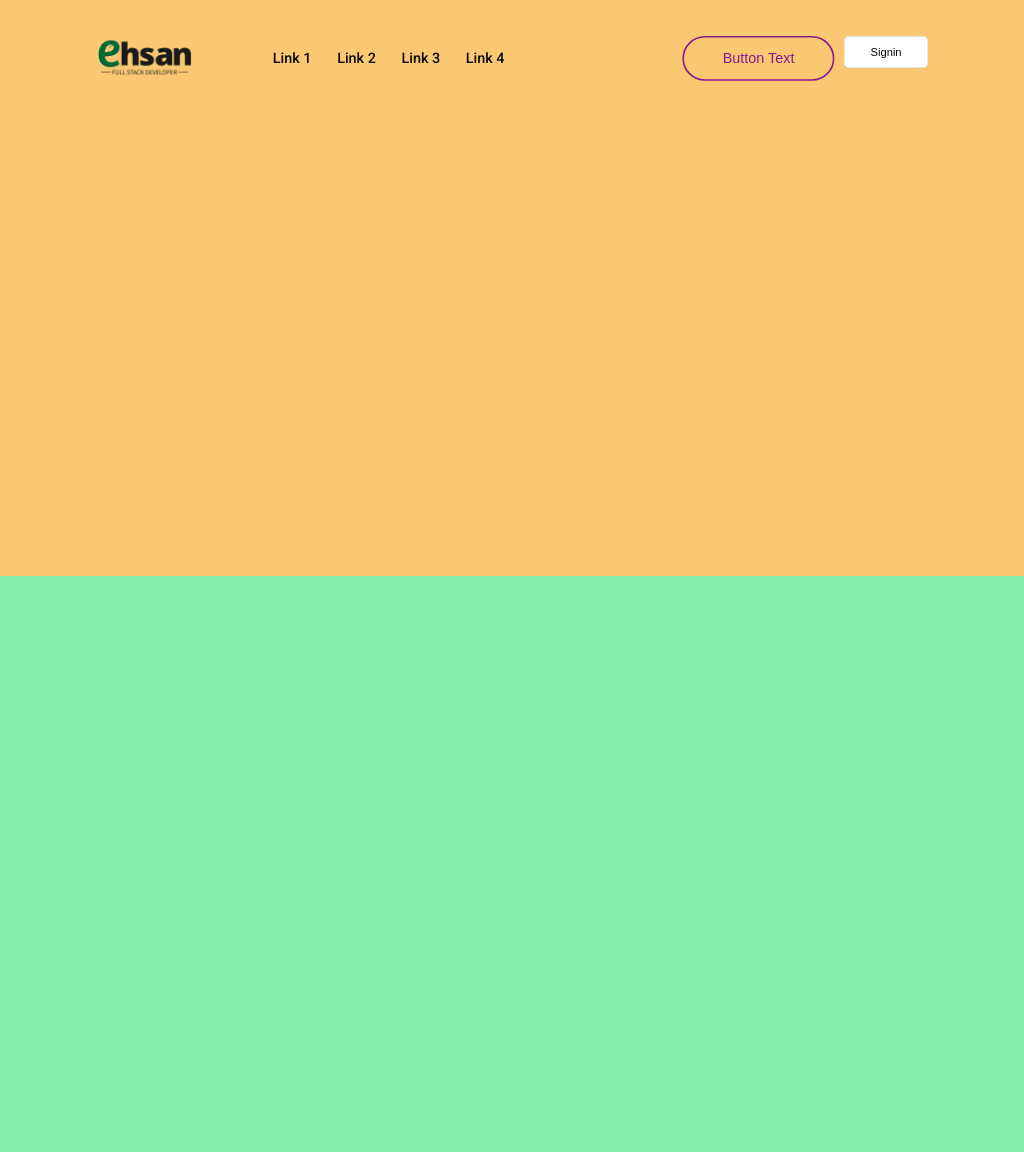
Repository: FrontendProjectsNL/mijn-portfolio-project
Page: /exercise
The author's editor kept a copy of each file at every save. The page is drawn from the files as they stood at one save, then again after a run of saves.
The browser window is 1280 px wide. The pictures show the whole page, at 80% of full size.
The project was rebuilt for these pictures with package versions that can differ from the ones it lists, and the page was loaded fresh each time. The framework's server and built-in components were replaced by stand-ins that run in the browser. Also part of the build but not shown: next.config.mjs.

Above is the page before, as saved 2024-10-25 12:57:33.

### app/layout.tsx
import type { Metadata } from 'next';
import localFont from 'next/font/local';

import { Roboto, Fira_Code, HelveticaNowDisplay } from 'next/font/google';

import './globals.css';

const geistSans = localFont({
  src: './fonts/GeistVF.woff',
  variable: '--font-geist-sans',
  weight: '100 900',
});
const geistMono = localFont({
  src: './fonts/GeistMonoVF.woff',
  variable: '--font-geist-mono',
  weight: '100 900',
});

const roboto = Roboto({
  subsets: ['latin'],
  weight: ['300', '400', '500', '700'],
  variable: '--font-roboto',
});

const firaCode = Fira_Code({
  subsets: ['latin'],
  weight: ['300', '400', '500', '700'],
  variable: '--font-fira-code',
});

export const metadata: Metadata = {
  title: 'Create Next App',
  description: 'Generated by create next app',
};

export default function RootLayout({
  children,
}: Readonly<{
  children: React.ReactNode;
}>) {
  return (
    <html lang="en">
      <body
        className={`${roboto.variable} ${firaCode.variable} ${geistSans.variable} ${geistMono.variable} antialiased`}
      >
        {children}
      </body>
    </html>
  );
}

### app/exercise/page.tsx
'use client';

import Image from 'next/image';
import Link from 'next/link';
import { useEffect, useState } from 'react';
import logo from '/public/EhsanLogo-transparent.png';
import { Button } from '@/components/ui/button';

interface PageProps {}

const Page: React.FC<PageProps> = () => {
  const [isShrunk, setIsShrunk] = useState<boolean>(false);

  useEffect(() => {
    const handleScroll = () => {
      if (window.scrollY > 70) {
        setIsShrunk(true);
      } else {
        setIsShrunk(false);
      }
    };

    window.addEventListener('scroll', handleScroll);

    return () => {
      window.removeEventListener('scroll', handleScroll);
    };
  }, []);

  return (
    // <div className="max-w-8xl w-full font-roboto mx-auto">
    <div className="">
      <nav
        className={`px-14 fixed transition-all duration-300 ease-linear bg-[#FAC872] flex justify-between items-center ${
          isShrunk
            ? 'h-[75px] w-[60%] rounded-3xl mx-auto top-5'
            : 'h-[90px] w-[90%] opacity-100 top-7'
        }`}
        style={{
          left: '50%',
          transform: 'translateX(-50%)', // Center horizontally
        }}
      >
        <div className="flex items-center ">
          <Link href={'/'} className="font-medium text-lg mr-20">
            <Image src={logo} width={125} height={50} />
          </Link>
          <ul className="flex">
            <li>
              <Link
                href=""
                className="px-4 py-2 cursor text-lg font-medium font-roboto"
              >
                Link 1
              </Link>
            </li>
            <li>
              <Link
                href=""
                className="px-4 py-2 cursor text-lg font-medium font-roboto"
              >
                Link 2
              </Link>
            </li>
            <li>
              <Link
                href=""
                className="px-4 py-2 cursor text-lg font-medium font-roboto"
              >
                Link 3
              </Link>
            </li>
            <li>
              <Link
                href=""
                className="px-4 py-2 cursor text-lg font-medium font-roboto"
              >
                Link 4
              </Link>
            </li>
          </ul>
        </div>
        <div className="flex gap-3">
          <button class="group relative inline-flex items-center overflow-hidden rounded-full border-2 border-fuchsia-800 px-12 py-3 text-lg font-medium text-fuchsia-800 hover:bg-gray-50 hover:text-white">
            <span class="duration-400 ease absolute left-0 top-1/2 block h-0 w-full bg-fuchsia-800 opacity-100 transition-all group-hover:top-0 group-hover:h-full"></span>
            <span class="ease absolute right-0 flex h-10 w-10 translate-x-full transform items-center justify-start duration-500 group-hover:-translate-x-2">
              <svg
                class="h-5 w-5"
                fill="none"
                stroke="currentColor"
                viewBox="0 0 24 24"
                xmlns="http://www.w3.org/2000/svg"
              >
                <path
                  stroke-linecap="round"
                  stroke-linejoin="round"
                  stroke-width="2"
                  d="M14 5l7 7m0 0l-7 7m7-7H3"
                ></path>
              </svg>
            </span>
            <span class="relative transform duration-700 group-hover:-translate-x-3">
              Button Text
            </span>
          </button>

          <Button size={'lg'} variant={'outline'}>
            Signin
          </Button>
        </div>
      </nav>

      <section className="w-full h-screen bg-[#FAC872]"></section>
      <section className="w-full h-screen bg-green-300"></section>
    </div>
  );
};

export default Page;

### app/globals.css
@tailwind base;
@tailwind components;
@tailwind utilities;

body {
  font-family: Arial, Helvetica, sans-serif;
}

@layer utilities {
  .text-balance {
    text-wrap: balance;
  }
}

@layer base {
  :root {
    --background: 0 0% 100%;
    --foreground: 0 0% 3.9%;
    --card: 0 0% 100%;
    --card-foreground: 0 0% 3.9%;
    --popover: 0 0% 100%;
    --popover-foreground: 0 0% 3.9%;
    --primary: 0 0% 9%;
    --primary-foreground: 0 0% 98%;
    --secondary: 0 0% 96.1%;
    --secondary-foreground: 0 0% 9%;
    --muted: 0 0% 96.1%;
    --muted-foreground: 0 0% 45.1%;
    --accent: 0 0% 96.1%;
    --accent-foreground: 0 0% 9%;
    --destructive: 0 84.2% 60.2%;
    --destructive-foreground: 0 0% 98%;
    --border: 0 0% 89.8%;
    --input: 0 0% 89.8%;
    --ring: 0 0% 3.9%;
    --chart-1: 12 76% 61%;
    --chart-2: 173 58% 39%;
    --chart-3: 197 37% 24%;
    --chart-4: 43 74% 66%;
    --chart-5: 27 87% 67%;
    --radius: 0.5rem;
  }
  .dark {
    --background: 0 0% 3.9%;
    --foreground: 0 0% 98%;
    --card: 0 0% 3.9%;
    --card-foreground: 0 0% 98%;
    --popover: 0 0% 3.9%;
    --popover-foreground: 0 0% 98%;
    --primary: 0 0% 98%;
    --primary-foreground: 0 0% 9%;
    --secondary: 0 0% 14.9%;
    --secondary-foreground: 0 0% 98%;
    --muted: 0 0% 14.9%;
    --muted-foreground: 0 0% 63.9%;
    --accent: 0 0% 14.9%;
    --accent-foreground: 0 0% 98%;
    --destructive: 0 62.8% 30.6%;
    --destructive-foreground: 0 0% 98%;
    --border: 0 0% 14.9%;
    --input: 0 0% 14.9%;
    --ring: 0 0% 83.1%;
    --chart-1: 220 70% 50%;
    --chart-2: 160 60% 45%;
    --chart-3: 30 80% 55%;
    --chart-4: 280 65% 60%;
    --chart-5: 340 75% 55%;
  }
}

@layer base {
  * {
    @apply border-border;
  }
  body {
    @apply bg-background text-foreground;
  }
}

@keyframes fill-up {
  0% {
    background-position: 0 100%;
  }
  100% {
    background-position: 0 0;
  }
}

### components/ui/button.tsx
import * as React from "react"
import { Slot } from "@radix-ui/react-slot"
import { cva, type VariantProps } from "class-variance-authority"

import { cn } from "@/lib/utils"

const buttonVariants = cva(
  "inline-flex items-center justify-center gap-2 whitespace-nowrap rounded-md text-sm font-medium transition-colors focus-visible:outline-none focus-visible:ring-1 focus-visible:ring-ring disabled:pointer-events-none disabled:opacity-50 [&_svg]:pointer-events-none [&_svg]:size-4 [&_svg]:shrink-0",
  {
    variants: {
      variant: {
        default:
          "bg-primary text-primary-foreground shadow hover:bg-primary/90",
        destructive:
          "bg-destructive text-destructive-foreground shadow-sm hover:bg-destructive/90",
        outline:
          "border border-input bg-background shadow-sm hover:bg-accent hover:text-accent-foreground",
        secondary:
          "bg-secondary text-secondary-foreground shadow-sm hover:bg-secondary/80",
        ghost: "hover:bg-accent hover:text-accent-foreground",
        link: "text-primary underline-offset-4 hover:underline",
      },
      size: {
        default: "h-9 px-4 py-2",
        sm: "h-8 rounded-md px-3 text-xs",
        lg: "h-10 rounded-md px-8",
        icon: "h-9 w-9",
      },
    },
    defaultVariants: {
      variant: "default",
      size: "default",
    },
  }
)

export interface ButtonProps
  extends React.ButtonHTMLAttributes<HTMLButtonElement>,
    VariantProps<typeof buttonVariants> {
  asChild?: boolean
}

const Button = React.forwardRef<HTMLButtonElement, ButtonProps>(
  ({ className, variant, size, asChild = false, ...props }, ref) => {
    const Comp = asChild ? Slot : "button"
    return (
      <Comp
        className={cn(buttonVariants({ variant, size, className }))}
        ref={ref}
        {...props}
      />
    )
  }
)
Button.displayName = "Button"

export { Button, buttonVariants }

### tailwind.config.ts
import { Roboto } from 'next/font/google';
import type { Config } from 'tailwindcss';

const config: Config = {
  darkMode: ['class'],
  content: [
    './pages/**/*.{js,ts,jsx,tsx,mdx}',
    './components/**/*.{js,ts,jsx,tsx,mdx}',
    './app/**/*.{js,ts,jsx,tsx,mdx}',
  ],

  theme: {
    extend: {
      // You can define custom animations here
      // keyframes: {
      //   slideKeyframe: {
      //     '0%': { transform: 'translateX(0)' },
      //     '100%': { transform: 'translateX(100%)' },
      //   },
      // },
      // animation: {
      //   slideAnimation: 'slideKeyframe 0.5s ease-in-out',
      // },
      fontFamily: {
        roboto: ['var(--font-roboto)', 'sans-serif'],
        firaCode: ['var(--font-fira-code)', 'monospace'],
      },
      colors: {
        background: 'hsl(var(--background))',
        foreground: 'hsl(var(--foreground))',
        card: {
          DEFAULT: 'hsl(var(--card))',
          foreground: 'hsl(var(--card-foreground))',
        },
        popover: {
          DEFAULT: 'hsl(var(--popover))',
          foreground: 'hsl(var(--popover-foreground))',
        },
        primary: {
          DEFAULT: 'hsl(var(--primary))',
          foreground: 'hsl(var(--primary-foreground))',
        },
        secondary: {
          DEFAULT: 'hsl(var(--secondary))',
          foreground: 'hsl(var(--secondary-foreground))',
        },
        muted: {
          DEFAULT: 'hsl(var(--muted))',
          foreground: 'hsl(var(--muted-foreground))',
        },
        accent: {
          DEFAULT: 'hsl(var(--accent))',
          foreground: 'hsl(var(--accent-foreground))',
        },
        destructive: {
          DEFAULT: 'hsl(var(--destructive))',
          foreground: 'hsl(var(--destructive-foreground))',
        },
        border: 'hsl(var(--border))',
        input: 'hsl(var(--input))',
        ring: 'hsl(var(--ring))',
        chart: {
          '1': 'hsl(var(--chart-1))',
          '2': 'hsl(var(--chart-2))',
          '3': 'hsl(var(--chart-3))',
          '4': 'hsl(var(--chart-4))',
          '5': 'hsl(var(--chart-5))',
        },
      },
      borderRadius: {
        lg: 'var(--radius)',
        md: 'calc(var(--radius) - 2px)',
        sm: 'calc(var(--radius) - 4px)',
      },
    },
  },
  plugins: [require('tailwindcss-animate')],
};
export default config;

Loaded but not shown: lib/utils.ts (common file)

After the next 2 saves:
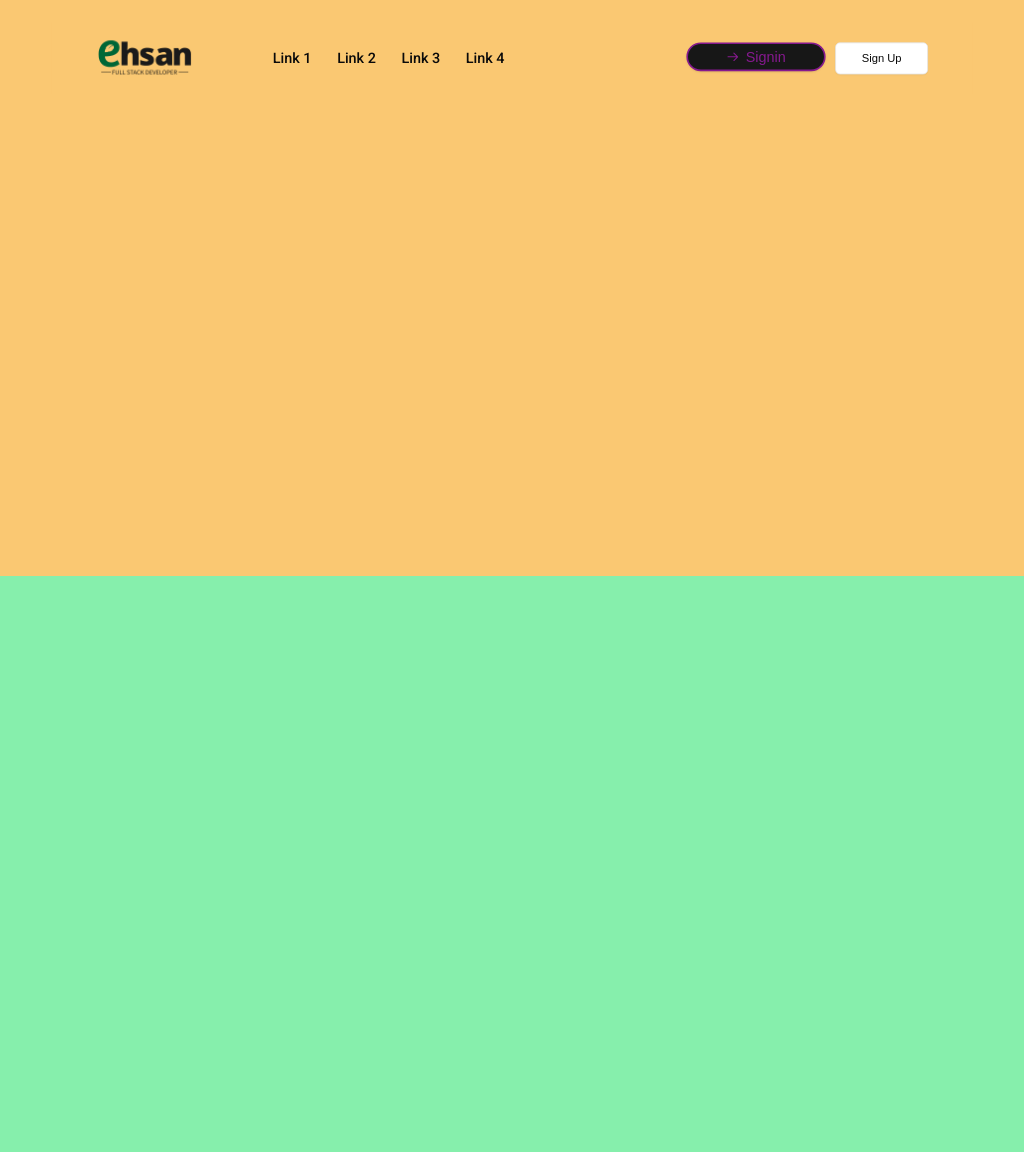
The 2 saves are shown as one change because they came seconds apart.
The last was saved 78 s later.
--- a/app/exercise/page.tsx
+++ b/app/exercise/page.tsx
@@ -81,11 +81,11 @@ const Page: React.FC<PageProps> = () => {
           </ul>
         </div>
         <div className="flex gap-3">
-          <button class="group relative inline-flex items-center overflow-hidden rounded-full border-2 border-fuchsia-800 px-12 py-3 text-lg font-medium text-fuchsia-800 hover:bg-gray-50 hover:text-white">
-            <span class="duration-400 ease absolute left-0 top-1/2 block h-0 w-full bg-fuchsia-800 opacity-100 transition-all group-hover:top-0 group-hover:h-full"></span>
-            <span class="ease absolute right-0 flex h-10 w-10 translate-x-full transform items-center justify-start duration-500 group-hover:-translate-x-2">
+          <Button className="group relative inline-flex items-center overflow-hidden rounded-full border-2 border-fuchsia-800 px-12 py-3 text-lg font-medium text-fuchsia-800 hover:bg-gray-50 hover:text-white">
+            <span className="duration-400 ease absolute left-0 top-1/2 block h-0 w-full bg-fuchsia-800 opacity-100 transition-all group-hover:top-0 group-hover:h-full"></span>
+            <span classname="ease absolute right-0 flex h-10 w-10 translate-x-full transform items-center justify-start duration-500 group-hover:-translate-x-2">
               <svg
-                class="h-5 w-5"
+                className="h-5 w-5"
                 fill="none"
                 stroke="currentColor"
                 viewBox="0 0 24 24"
@@ -99,13 +99,13 @@ const Page: React.FC<PageProps> = () => {
                 ></path>
               </svg>
             </span>
-            <span class="relative transform duration-700 group-hover:-translate-x-3">
-              Button Text
+            <span className="relative transform duration-700 group-hover:-translate-x-3">
+              Signin
             </span>
-          </button>
+          </Button>
 
           <Button size={'lg'} variant={'outline'}>
-            Signin
+            Sign Up
           </Button>
         </div>
       </nav>
